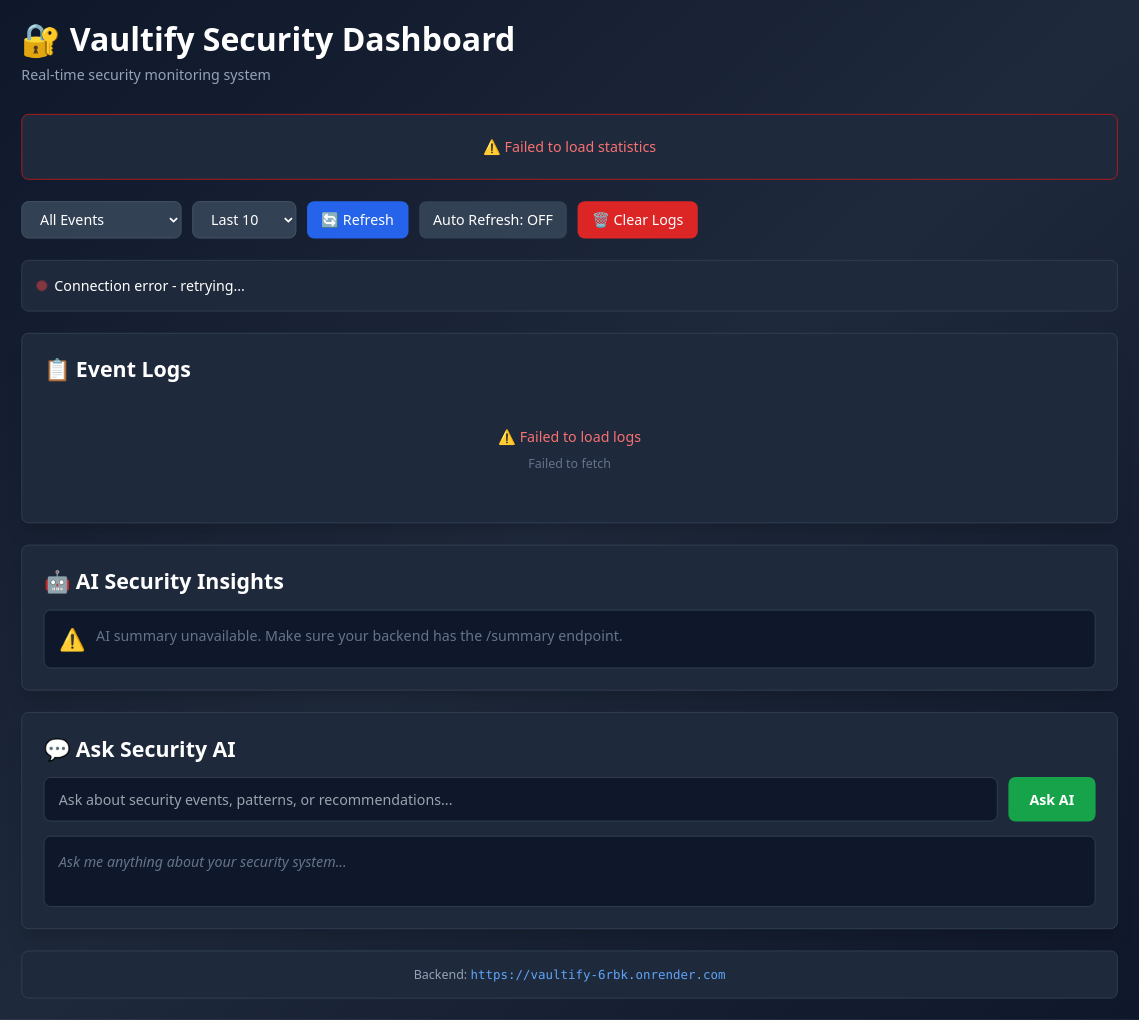
Repository: SH-Nihil-Mukkesh-25/Vaultify
Page: public/index.html
These files come from the project's save history. The page is drawn as it stood at one moment and after the next save; the edit follows.
The browser window is 1280 px wide. The pictures show the whole page, at 89% of full size.
The page's requests for data from a server got no answer. Some web libraries are served in a nearby version.

Above is the page before, as saved 2025-10-03 12:36:44.

### public/index.html
<!DOCTYPE html>
<html lang="en">
<head>
  <meta charset="UTF-8" />
  <meta name="viewport" content="width=device-width, initial-scale=1.0" />
  <title>Vaultify Security Dashboard</title>
  <script src="https://cdn.tailwindcss.com"></script>
</head>
<body class="bg-gradient-to-br from-slate-900 via-slate-800 to-slate-900 min-h-screen p-6">
  <div class="max-w-7xl mx-auto">
    <!-- Header -->
    <div class="mb-8">
      <h1 class="text-4xl font-bold text-white mb-2">🔐 Vaultify Security Dashboard</h1>
      <p class="text-slate-400">Real-time security monitoring system</p>
    </div>

    <!-- Stats Cards -->
    <div id="stats" class="grid grid-cols-1 md:grid-cols-2 lg:grid-cols-4 gap-4 mb-6">
      <!-- Stats injected here -->
    </div>

    <!-- Controls -->
    <div class="flex flex-wrap gap-3 mb-6">
      <select id="eventFilter" class="px-4 py-2 bg-slate-700 text-white border border-slate-600 rounded-lg focus:outline-none focus:ring-2 focus:ring-blue-500">
        <option value="all">All Events</option>
        <option value="motion_alert">Motion Alerts</option>
        <option value="door">Door Operations</option>
        <option value="rfid">RFID Events</option>
        <option value="system">System Events</option>
      </select>

      <select id="limitFilter" class="px-4 py-2 bg-slate-700 text-white border border-slate-600 rounded-lg focus:outline-none focus:ring-2 focus:ring-blue-500">
        <option value="10">Last 10</option>
        <option value="25">Last 25</option>
        <option value="50">Last 50</option>
        <option value="100">Last 100</option>
      </select>

      <button id="refreshBtn" class="px-4 py-2 bg-blue-600 hover:bg-blue-700 text-white rounded-lg transition-colors">
        🔄 Refresh
      </button>
      <button id="autoRefreshBtn" class="px-4 py-2 bg-slate-700 hover:bg-slate-600 text-white rounded-lg transition-colors">
        Auto Refresh: OFF
      </button>
      <button id="clearLogsBtn" class="px-4 py-2 bg-red-600 hover:bg-red-700 text-white rounded-lg transition-colors">
        🗑️ Clear Logs
      </button>
    </div>

    <!-- Status Indicator -->
    <div id="connectionStatus" class="mb-6 p-4 bg-slate-800 border border-slate-700 rounded-lg">
      <div class="flex items-center gap-2">
        <div id="statusDot" class="w-3 h-3 rounded-full bg-yellow-500 animate-pulse"></div>
        <span id="statusText" class="text-white font-medium">Connecting to backend...</span>
      </div>
    </div>

    <!-- Event Logs -->
    <div class="bg-slate-800 border border-slate-700 rounded-lg p-6 shadow-xl mb-6">
      <h2 class="text-2xl font-semibold text-white mb-4">📋 Event Logs</h2>
      <div id="logs" class="space-y-2 max-h-96 overflow-y-auto">
        <p class="text-slate-400 text-center py-8">Loading logs...</p>
      </div>
    </div>

    <!-- AI Summary -->
    <div class="bg-slate-800 border border-slate-700 rounded-lg p-6 shadow-xl mb-6">
      <h2 class="text-2xl font-semibold text-white mb-4">🤖 AI Security Insights</h2>
      <div id="aiSummary" class="text-slate-300 p-4 bg-slate-900 rounded-lg border border-slate-700">
        Loading AI summary...
      </div>
    </div>

    <!-- AI Chat -->
    <div class="bg-slate-800 border border-slate-700 rounded-lg p-6 shadow-xl mb-6">
      <h2 class="text-2xl font-semibold text-white mb-4">💬 Ask Security AI</h2>
      <div class="flex gap-3 mb-4">
        <input
          id="questionInput"
          type="text"
          placeholder="Ask about security events, patterns, or recommendations..."
          class="flex-1 px-4 py-3 bg-slate-900 text-white border border-slate-700 rounded-lg focus:outline-none focus:ring-2 focus:ring-blue-500 focus:border-transparent"
          onkeypress="if(event.key === 'Enter') askQuestion()"
        />
        <button
          id="askBtn"
          class="px-6 py-3 bg-green-600 hover:bg-green-700 text-white rounded-lg transition-colors font-semibold"
        >
          Ask AI
        </button>
      </div>
      <div id="aiAnswer" class="text-slate-300 p-4 bg-slate-900 rounded-lg border border-slate-700 min-h-[80px]">
        <p class="text-slate-500 italic">Ask me anything about your security system...</p>
      </div>
    </div>

    <!-- System Info -->
    <div class="bg-slate-800 border border-slate-700 rounded-lg p-4 text-center">
      <p class="text-slate-400 text-sm">
        Backend: <span id="backendUrl" class="text-blue-400 font-mono">https://vaultify-6rbk.onrender.com</span>
      </p>
    </div>
  </div>

  <script>
    const BACKEND_URL = "https://vaultify-6rbk.onrender.com";

    const logList = document.getElementById("logs");
    const statsDiv = document.getElementById("stats");
    const refreshBtn = document.getElementById("refreshBtn");
    const autoRefreshBtn = document.getElementById("autoRefreshBtn");
    const clearLogsBtn = document.getElementById("clearLogsBtn");
    const eventFilter = document.getElementById("eventFilter");
    const limitFilter = document.getElementById("limitFilter");
    const statusDot = document.getElementById("statusDot");
    const statusText = document.getElementById("statusText");
    const backendUrlSpan = document.getElementById("backendUrl");
    const aiSummary = document.getElementById("aiSummary");
    const aiAnswer = document.getElementById("aiAnswer");
    const questionInput = document.getElementById("questionInput");
    const askBtn = document.getElementById("askBtn");

    let autoRefresh = false;
    let intervalId = null;
    let logsData = [];

    backendUrlSpan.textContent = BACKEND_URL;

    // Event type icons and colors
    const eventConfig = {
      motion_alert: { icon: "🚨", color: "bg-red-900 border-red-700 text-red-200", label: "MOTION ALERT" },
      alarm_deactivated: { icon: "✅", color: "bg-green-900 border-green-700 text-green-200", label: "ALARM OFF" },
      door_unlocked: { icon: "🔓", color: "bg-blue-900 border-blue-700 text-blue-200", label: "DOOR UNLOCKED" },
      door_locked: { icon: "🔒", color: "bg-purple-900 border-purple-700 text-purple-200", label: "DOOR LOCKED" },
      door_autolock: { icon: "⏰", color: "bg-orange-900 border-orange-700 text-orange-200", label: "AUTO-LOCK" },
      rfid_invalid: { icon: "❌", color: "bg-red-900 border-red-700 text-red-200", label: "ACCESS DENIED" },
      system_start: { icon: "⚡", color: "bg-slate-700 border-slate-600 text-slate-200", label: "SYSTEM START" },
      default: { icon: "📝", color: "bg-slate-700 border-slate-600 text-slate-200", label: "EVENT" }
    };

    function getEventConfig(eventType) {
      return eventConfig[eventType] || eventConfig.default;
    }

    function updateConnectionStatus(connected) {
      if (connected) {
        statusDot.className = "w-3 h-3 rounded-full bg-green-500";
        statusText.textContent = "Connected to backend";
      } else {
        statusDot.className = "w-3 h-3 rounded-full bg-red-500 animate-pulse";
        statusText.textContent = "Connection error - retrying...";
      }
    }

    async function fetchSummary() {
      try {
        const res = await fetch(`${BACKEND_URL}/summary`);

        if (!res.ok) {
          throw new Error(`HTTP ${res.status}`);
        }

        const data = await res.json();
        aiSummary.innerHTML = `
          <div class="flex items-start gap-3">
            <span class="text-2xl">📊</span>
            <p class="flex-1">${data.summary || "No AI summary available yet. Add more security events to get insights."}</p>
          </div>
        `;
      } catch (err) {
        console.error("Fetch summary error:", err);
        aiSummary.innerHTML = `
          <div class="flex items-start gap-3">
            <span class="text-2xl">⚠️</span>
            <p class="flex-1 text-slate-500">AI summary unavailable. Make sure your backend has the /summary endpoint.</p>
          </div>
        `;
      }
    }

    async function askQuestion() {
      const question = questionInput.value.trim();
      if (!question) {
        aiAnswer.innerHTML = '<p class="text-yellow-400">⚠️ Please enter a question first!</p>';
        return;
      }

      aiAnswer.innerHTML = `
        <div class="flex items-center gap-3">
          <div class="animate-spin rounded-full h-5 w-5 border-b-2 border-blue-400"></div>
          <p class="text-blue-400">AI is thinking...</p>
        </div>
      `;

      askBtn.disabled = true;
      askBtn.textContent = "Thinking...";

      try {
        const res = await fetch(`${BACKEND_URL}/ask`, {
          method: "POST",
          headers: { "Content-Type": "application/json" },
          body: JSON.stringify({ question: question })
        });

        if (!res.ok) {
          throw new Error(`HTTP ${res.status}`);
        }

        const data = await res.json();
        aiAnswer.innerHTML = `
          <div class="flex items-start gap-3">
            <span class="text-2xl">🤖</span>
            <div class="flex-1">
              <p class="font-semibold text-blue-400 mb-2">AI Response:</p>
              <p class="whitespace-pre-wrap">${data.answer || "Sorry, I couldn't generate an answer. Please try again."}</p>
            </div>
          </div>
        `;
        questionInput.value = "";
      } catch (err) {
        console.error("Ask AI error:", err);
        aiAnswer.innerHTML = `
          <div class="flex items-start gap-3">
            <span class="text-2xl">❌</span>
            <div class="flex-1">
              <p class="text-red-400 font-semibold mb-1">Error</p>
              <p class="text-slate-400">Failed to get AI response. Make sure your backend has the /ask endpoint with AI integration.</p>
            </div>
          </div>
        `;
      } finally {
        askBtn.disabled = false;
        askBtn.textContent = "Ask AI";
      }
    }

    async function fetchLogs() {
      try {
        const type = eventFilter.value;
        const limit = limitFilter.value;

        const url = type === "all"
          ? `${BACKEND_URL}/logs?limit=${limit}`
          : `${BACKEND_URL}/logs?limit=${limit}&type=${type}`;

        const res = await fetch(url);

        if (!res.ok) {
          throw new Error(`HTTP ${res.status}`);
        }

        logsData = await res.json();
        updateConnectionStatus(true);
        renderLogs();
      } catch (err) {
        console.error("Fetch logs error:", err);
        updateConnectionStatus(false);
        logList.innerHTML = `
          <div class="text-center py-8">
            <p class="text-red-400 mb-2">⚠️ Failed to load logs</p>
            <p class="text-slate-500 text-sm">${err.message}</p>
          </div>
        `;
      }
    }

    function renderLogs() {
      if (!logsData || logsData.length === 0) {
        logList.innerHTML = `
          <div class="text-center py-8">
            <p class="text-slate-400">📭 No logs available</p>
            <p class="text-slate-500 text-sm mt-2">Logs will appear here when security events occur</p>
          </div>
        `;
        return;
      }

      logList.innerHTML = logsData.map(log => {
        const config = getEventConfig(log.event_type);
        const timestamp = log.timestamp || new Date().toISOString();
        const displayTime = new Date(timestamp).toLocaleString();

        return `
          <div class="p-4 ${config.color} border rounded-lg transition-all hover:scale-[1.01]">
            <div class="flex items-start gap-3">
              <span class="text-2xl">${config.icon}</span>
              <div class="flex-1">
                <div class="flex items-center justify-between mb-1">
                  <span class="font-semibold">${config.label}</span>
                  <span class="text-xs opacity-75">${displayTime}</span>
                </div>
                <p class="text-sm opacity-90">${log.message || log.detail || 'No details'}</p>
                ${log.metadata ? `<p class="text-xs opacity-75 mt-1">Metadata: ${JSON.stringify(log.metadata)}</p>` : ''}
              </div>
            </div>
          </div>
        `;
      }).join("");
    }

    async function fetchStats() {
      try {
        const res = await fetch(`${BACKEND_URL}/stats`);

        if (!res.ok) {
          throw new Error(`HTTP ${res.status}`);
        }

        const stats = await res.json();

        statsDiv.innerHTML = `
          <div class="p-6 bg-slate-800 border border-slate-700 rounded-lg shadow-lg text-center transform transition-all hover:scale-105">
            <p class="text-slate-400 text-sm mb-2">Total Events</p>
            <p class="text-4xl font-bold text-white">${stats.total_logs || 0}</p>
          </div>
          <div class="p-6 bg-slate-800 border border-slate-700 rounded-lg shadow-lg text-center transform transition-all hover:scale-105">
            <p class="text-slate-400 text-sm mb-2">Event Types</p>
            <p class="text-4xl font-bold text-blue-400">${Object.keys(stats.event_types || {}).length}</p>
          </div>
          <div class="p-6 bg-slate-800 border border-slate-700 rounded-lg shadow-lg text-center transform transition-all hover:scale-105">
            <p class="text-slate-400 text-sm mb-2">Alerts</p>
            <p class="text-4xl font-bold text-red-400">${stats.alerts || 0}</p>
          </div>
          <div class="p-6 bg-slate-800 border border-slate-700 rounded-lg shadow-lg text-center transform transition-all hover:scale-105">
            <p class="text-slate-400 text-sm mb-2">Door Operations</p>
            <p class="text-4xl font-bold text-green-400">${stats.door_operations || 0}</p>
          </div>
        `;
      } catch (err) {
        console.error("Fetch stats error:", err);
        statsDiv.innerHTML = `
          <div class="col-span-full p-6 bg-slate-800 border border-red-700 rounded-lg text-center">
            <p class="text-red-400">⚠️ Failed to load statistics</p>
          </div>
        `;
      }
    }

    async function clearAllLogs() {
      if (!confirm("Are you sure you want to clear all logs? This action cannot be undone.")) {
        return;
      }

      try {
        const res = await fetch(`${BACKEND_URL}/clear-logs`, { method: "POST" });

        if (!res.ok) {
          throw new Error(`HTTP ${res.status}`);
        }

        await fetchLogs();
        await fetchStats();
        alert("✅ Logs cleared successfully!");
      } catch (err) {
        console.error("Clear logs error:", err);
        alert("❌ Failed to clear logs: " + err.message);
      }
    }

    // Event Listeners
    refreshBtn.addEventListener("click", () => {
      fetchLogs();
      fetchStats();
      fetchSummary();
    });

    autoRefreshBtn.addEventListener("click", () => {
      autoRefresh = !autoRefresh;
      autoRefreshBtn.textContent = `Auto Refresh: ${autoRefresh ? "ON" : "OFF"}`;
      autoRefreshBtn.className = autoRefresh
        ? "px-4 py-2 bg-green-600 hover:bg-green-700 text-white rounded-lg transition-colors"
        : "px-4 py-2 bg-slate-700 hover:bg-slate-600 text-white rounded-lg transition-colors";

      if (autoRefresh) {
        intervalId = setInterval(() => {
          fetchLogs();
          fetchStats();
          fetchSummary();
        }, 5000);
      } else {
        clearInterval(intervalId);
      }
    });

    clearLogsBtn.addEventListener("click", clearAllLogs);
    eventFilter.addEventListener("change", fetchLogs);
    limitFilter.addEventListener("change", fetchLogs);
    askBtn.addEventListener("click", askQuestion);

    // Initial load
    fetchLogs();
    fetchStats();
    fetchSummary();

    // Retry connection every 10 seconds if disconnected
    setInterval(() => {
      if (statusDot.className.includes("red")) {
        fetchLogs();
        fetchStats();
      }
    }, 10000);
  </script>
</body>
</html>

After the next save:
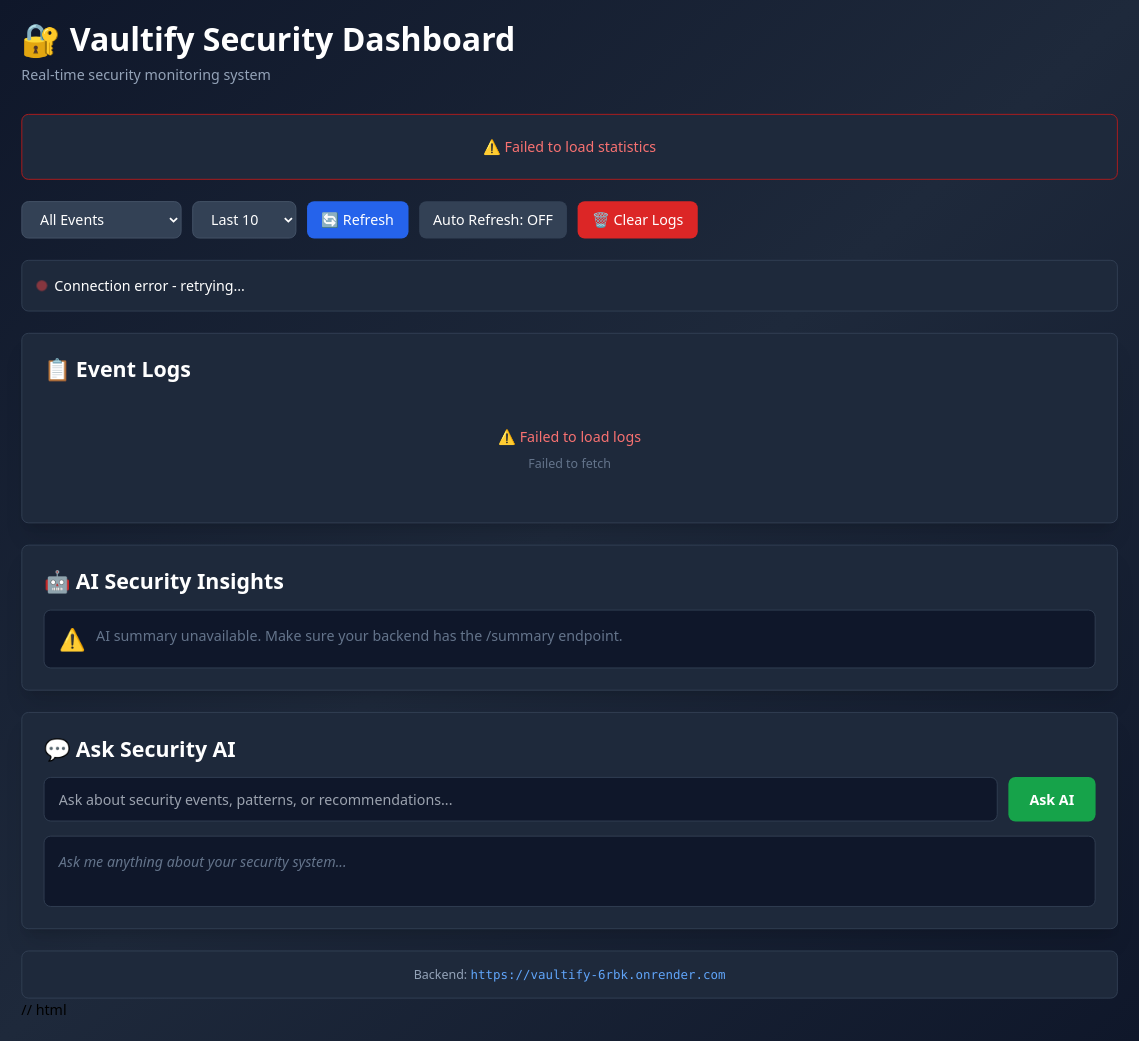
Saved 8 min 35 s later.
--- a/public/index.html
+++ b/public/index.html
@@ -402,3 +402,5 @@
   </script>
 </body>
 </html>
+
+// html

After the 4 saves that followed:
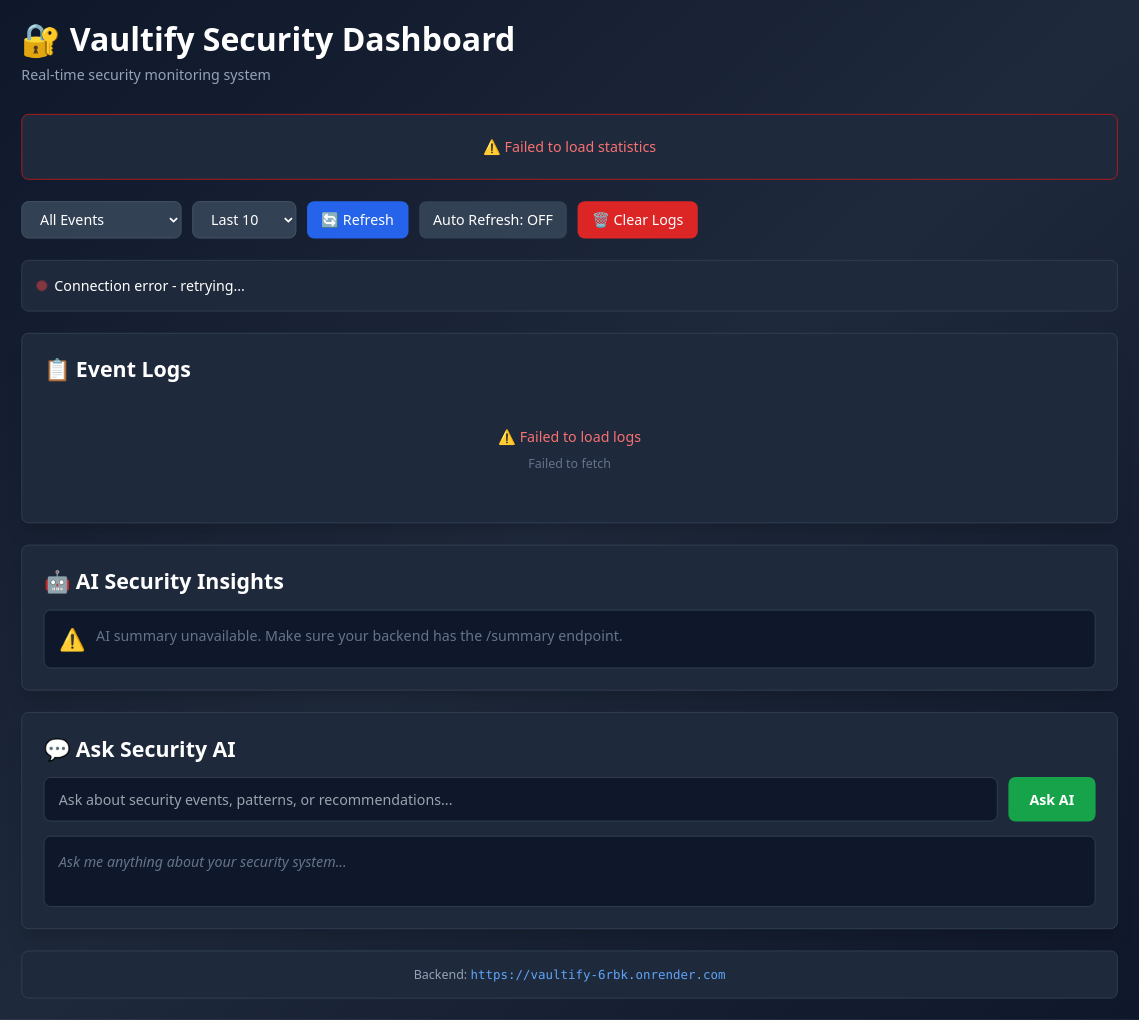
The 4 saves are shown as one change because they came seconds apart.
The last was saved 12 s later.
--- a/public/index.html
+++ b/public/index.html
@@ -402,5 +402,3 @@
   </script>
 </body>
 </html>
-
-// html
